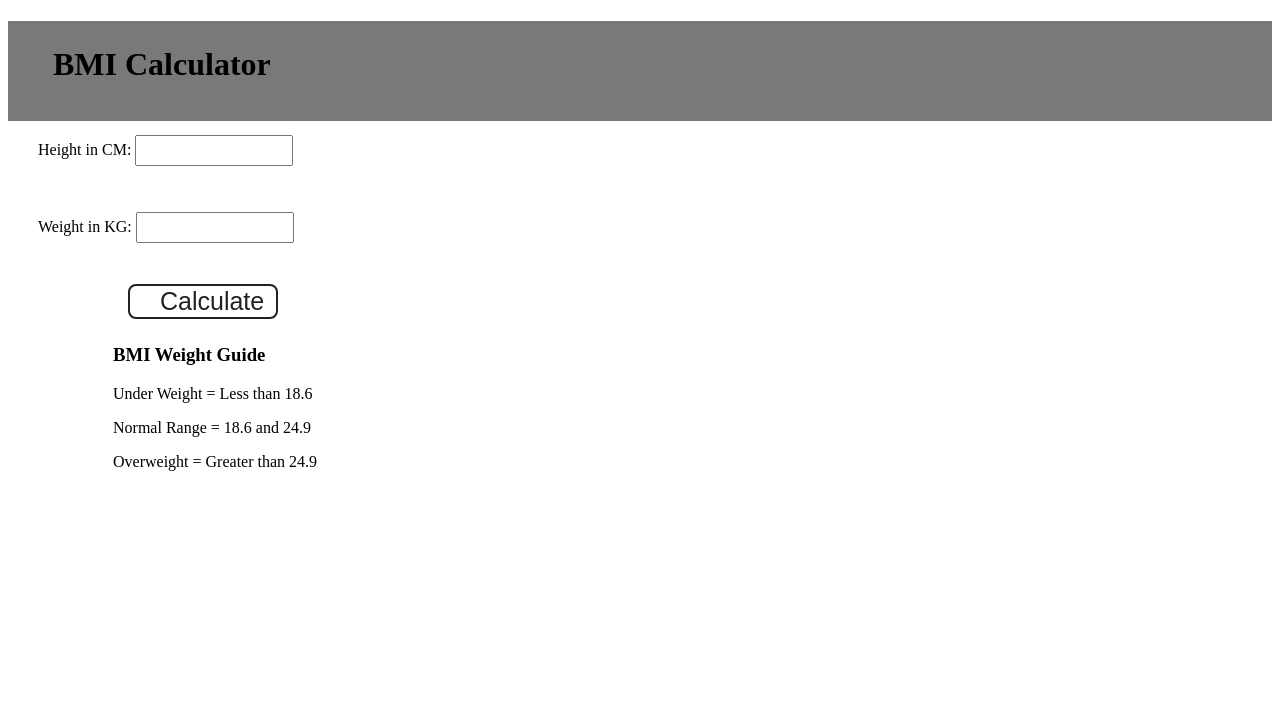
Repository: VishwaGoswami1407/JavaScript-Practice
Page: 07_projects/project2.html
These files come from the project's save history. The page is drawn as it stood at one moment and after the next save; the edit follows.
The browser window is 1280 px wide. The pictures show the whole page.

Above is the page before, as saved 2024-07-07 18:54:04.

After the next save:
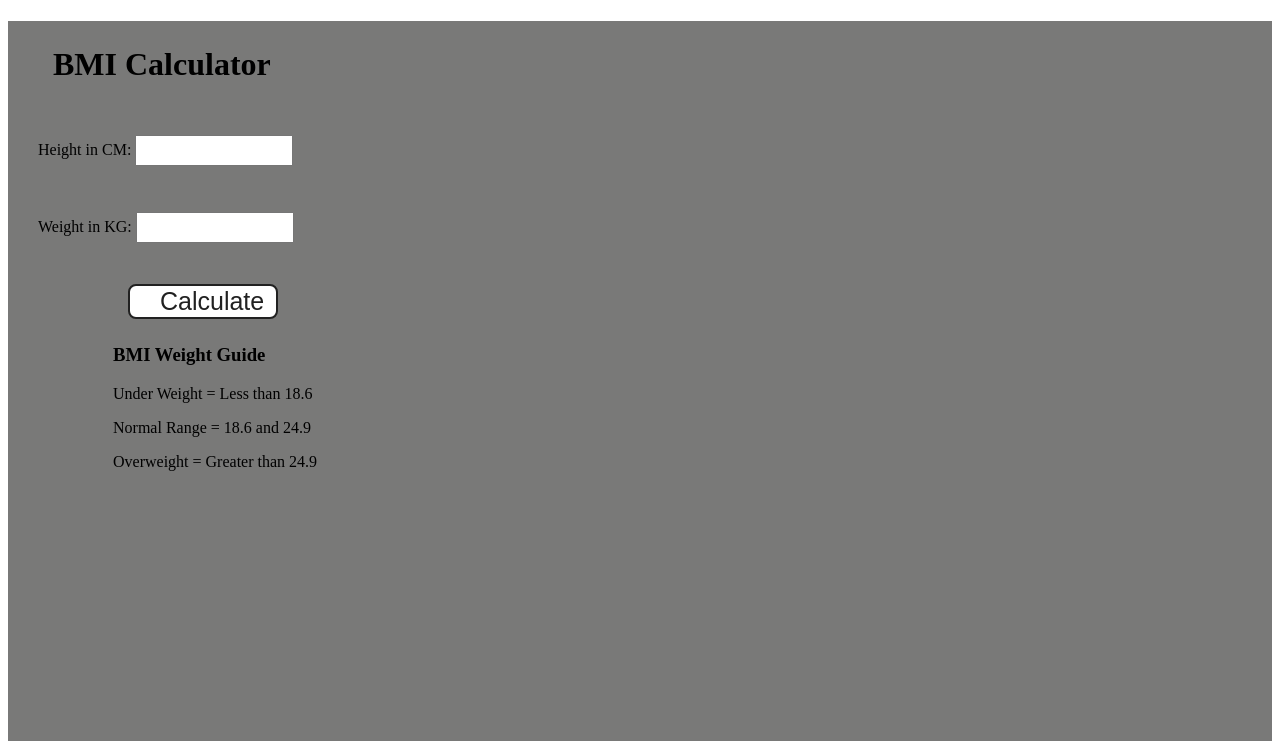
Saved 12 s later.
--- a/07_projects/style2.css
+++ b/07_projects/style2.css
@@ -1,6 +1,6 @@
 .container {
 
-    height: 100px;
+    height: 100vh;
 
     background-color: #797978;
     padding-left: 30px;
